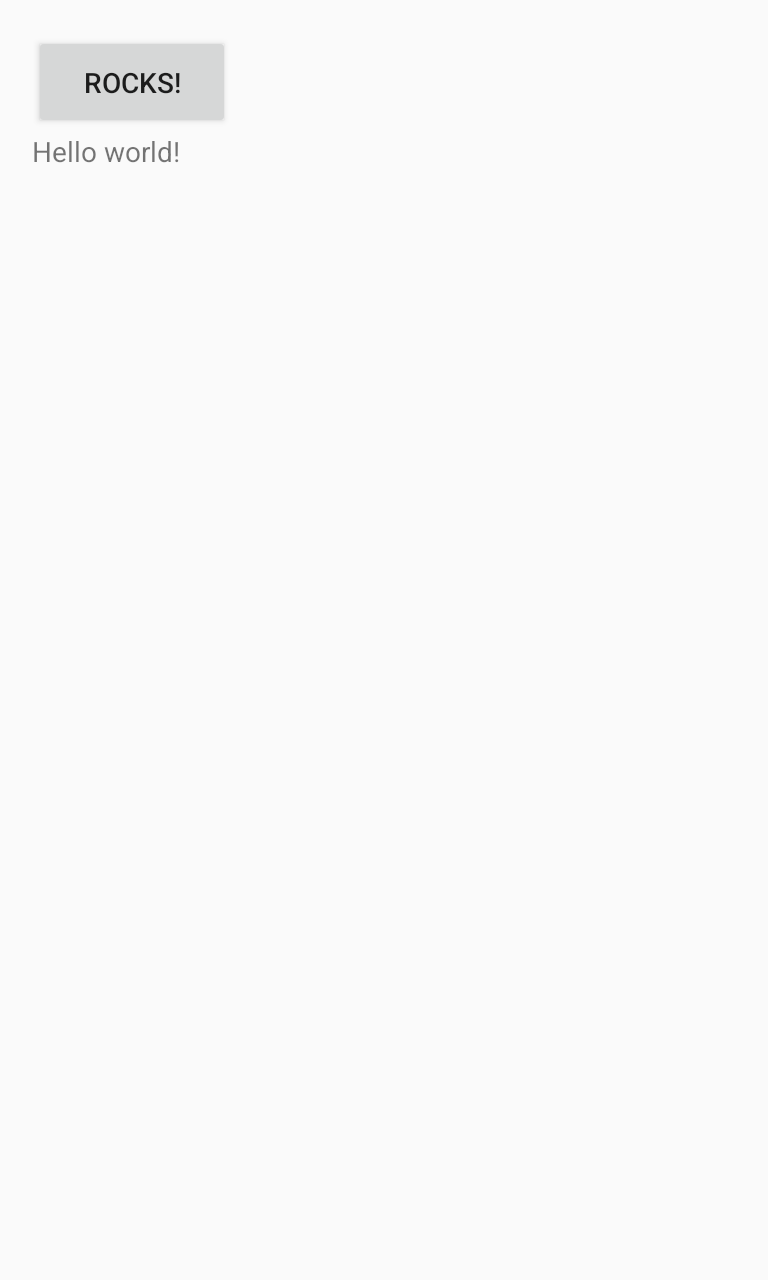
Repository: sameerisa/idtech-yale-android
Layout: rockPaperScissors/res/layout/fragment_main.xml
The author's editor kept a copy of each file at every save. The layout is drawn from the files as they stood at one save, then again after the next save.
It is drawn on a 768 x 1280 px phone screen (xhdpi) without system bars, with theme AppTheme; the app's code is not run.

Above is the layout before, as saved 2014-06-26 15:56:31.

After the next save:
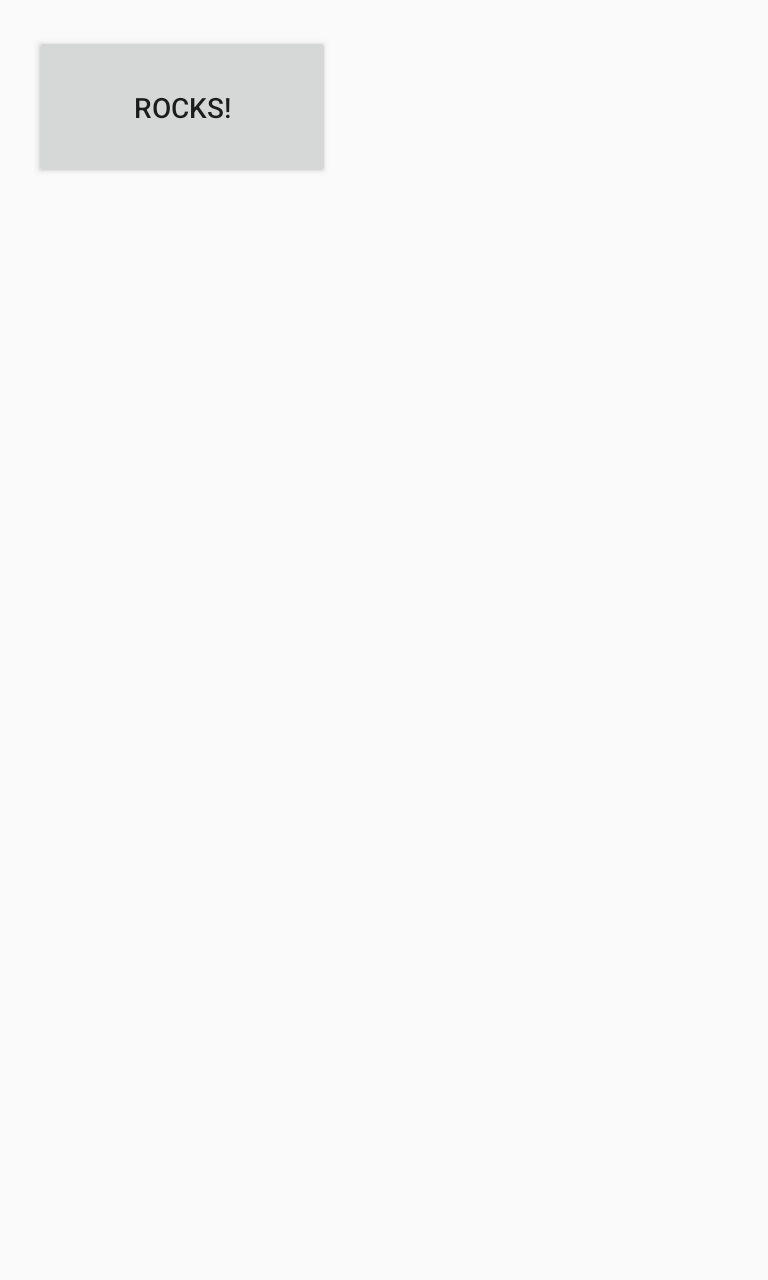
Saved 62 s later.
--- a/rockPaperScissors/res/layout/fragment_main.xml
+++ b/rockPaperScissors/res/layout/fragment_main.xml
@@ -11,11 +11,7 @@
 <Button
     android:id="@+id/rock"
     android:text="Rocks!"
-    android:layout_width="100dp"
-    android:layout_height="50dp"/>
-    <TextView
-        android:layout_width="wrap_content"
-        android:layout_height="wrap_content"
-        android:text="@string/hello_world" />
+    android:layout_width="150dp"
+    android:layout_height="75dp"/>
 
 </LinearLayout>
